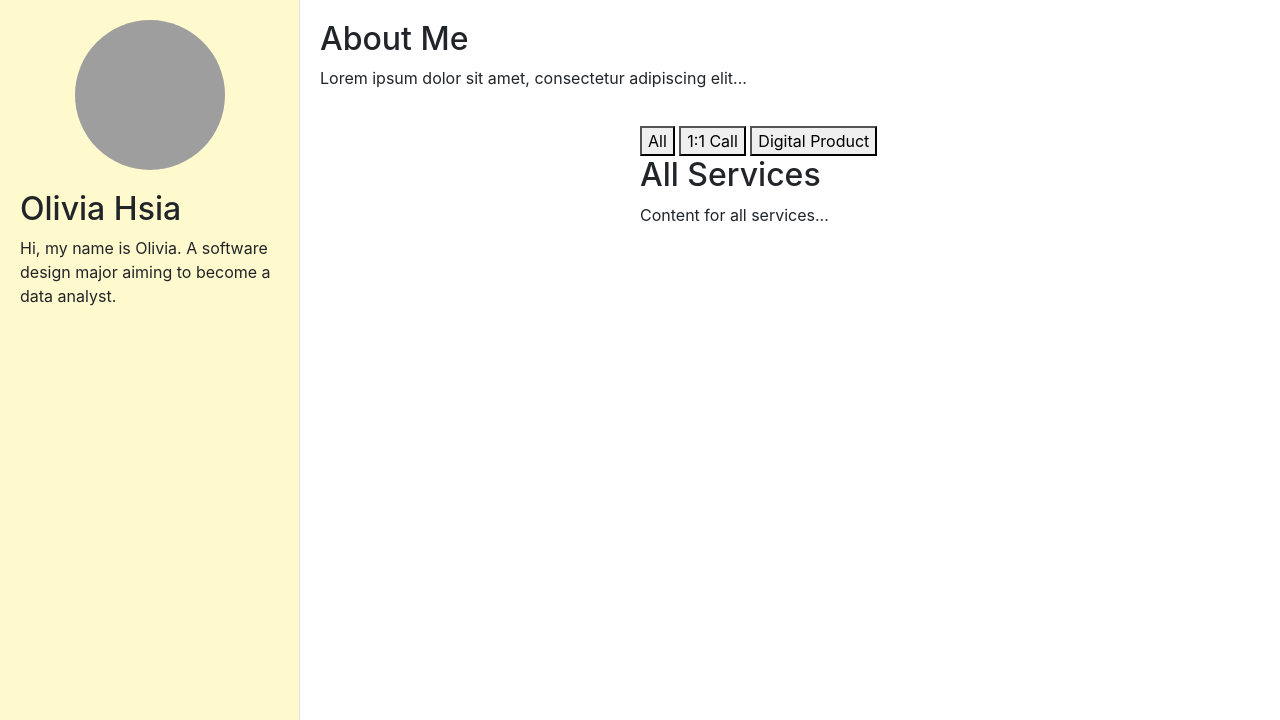
Repository: oliviahsia/FinalProject
Page: src/main/webapp/WEB-INF/main.html
The author's editor kept a copy of each file at every save. The page is drawn from the files as they stood at one save, then again after a run of saves.
The browser window is 1280 px wide. The pictures show the whole page.
Pictures or frames that could not be fetched are drawn as grey boxes. An inner scrolling area shows only its first screen. Some web libraries are served in a nearby version.

Above is the page before, as saved 2024-03-08 13:13:40.

After the next 2 saves:
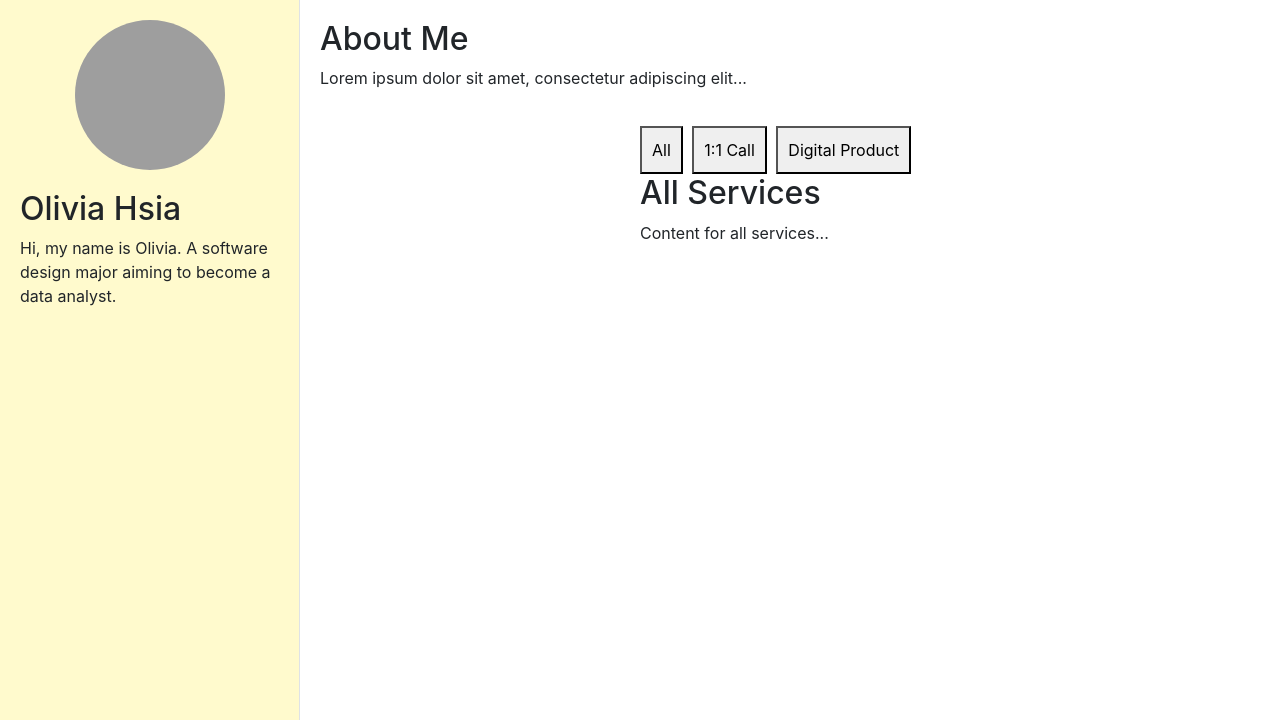
The 2 saves are shown as one change because they came seconds apart.
The last was saved 64 s later.
--- a/src/main/webapp/WEB-INF/main.css
+++ b/src/main/webapp/WEB-INF/main.css
@@ -46,3 +46,19 @@ html {
   background-color: #FFFFFF;
   /* White for the right column */
 }
+
+.navigation-buttons button {
+  padding: 10px;
+  margin-right: 5px;
+  cursor: pointer;
+}
+
+.content-section {
+  display: none;
+  /* Hide all sections by default */
+}
+
+/* Initial visible section */
+#all {
+  display: block;
+}
